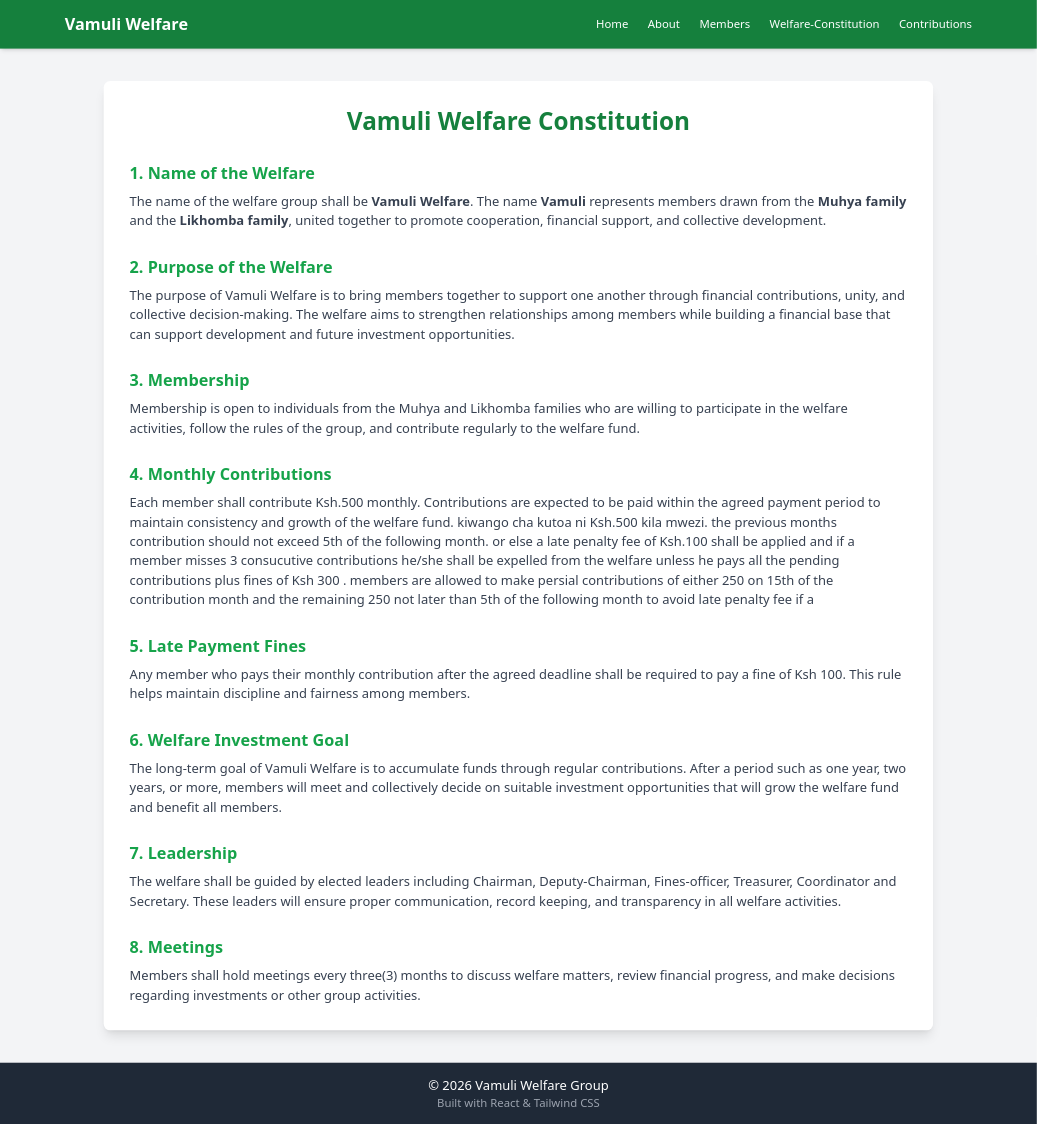
Repository: Engineer-collo/Vamuli-welfare
Page: /constitution
These files come from the project's save history. The page is drawn as it stood at one moment and after a run of saves; the edit follows.
The browser window is 1280 px wide. The pictures show the whole page, at 81% of full size.
The project was rebuilt for these pictures with package versions that can differ from the ones it lists, and the page was loaded fresh each time. Also part of the build but not shown: vite.config.js, src/pages/contributionsData.js, src/pages/Home.jsx, src/pages/Members.jsx, src/pages/ContributionsTable.jsx, src/pages/About.jsx.

Above is the page before, as saved 2026-03-16 15:34:44.

### index.html
<!doctype html>
<html lang="en">
  <head>
    <meta charset="UTF-8" />
    <link rel="icon" type="image/svg+xml" href="/favicon.svg" />
    <meta name="viewport" content="width=device-width, initial-scale=1.0" />
    <title>vamuli-welfare</title>
  </head>
  <body>
    <div id="root"></div>
    <script type="module" src="/src/main.jsx"></script>
  </body>
</html>

### src/App.jsx
import { BrowserRouter as Router, Routes, Route } from "react-router-dom";

import Navbar from "./components/Navbar";
import Footer from "./components/Footer";

import Home from "./pages/Home";
import Members from "./pages/Members";
import ContributionsTable from "./pages/ContributionsTable";
import WelfareConstituion from "./pages/WelfareConstituion";
import About from "./pages/About";

function App() {
  return (
    <Router>
      <div className="bg-gray-100 min-h-screen">

        <Navbar />

        <Routes>
          <Route path="/" element={<Home />} />
          <Route path="/members" element={<Members />} />
          <Route path="/contributions" element={<ContributionsTable />} />
          <Route path="/about" element={<About />} />
          <Route path="/constitution" element={<WelfareConstituion/>} />

        </Routes>

        <Footer />

      </div>
    </Router>
  );
}

export default App;

### src/components/Navbar.jsx
import { Link } from "react-router-dom";

function Navbar() {
  return (
    <nav className="bg-green-700 text-white shadow-md">
      <div className="max-w-6xl mx-auto flex justify-between items-center p-4">

        <h1 className="text-xl font-bold">
          <Link to="/">Vamuli Welfare</Link>
        </h1>

        <ul className="flex gap-6 text-sm">
          <li>
            <Link to="/" className="hover:text-gray-200">Home</Link>
          </li>

          <li>
            <Link to="/about" className="hover:text-gray-200">About</Link>
          </li>

          <li>
            <Link to="/members" className="hover:text-gray-200">Members</Link>
          </li>

          <li>
            <Link to="/constitution" className="hover:text-gray-200">Welfare-Constitution</Link>
          </li>


          <li>
            <Link to="/contributions" className="hover:text-gray-200">Contributions</Link>
          </li>



        </ul>

      </div>
    </nav>
  );
}

export default Navbar;

### src/components/Footer.jsx
import React from "react";

function Footer() {
  return (
    <footer className="bg-gray-800 text-white mt-10">
      <div className="max-w-6xl mx-auto text-center p-4">
        <p>© 2026 Vamuli Welfare Group</p>
        <p className="text-sm text-gray-400">
          Built with React & Tailwind CSS
        </p>
      </div>
    </footer>
  );
}

export default Footer;

### src/pages/WelfareConstituion.jsx
import React from "react";

function Constitution() {
  return (
    <div className="max-w-5xl mx-auto mt-10 bg-white shadow-lg rounded-lg p-8">

      <h1 className="text-3xl font-bold text-center text-green-700 mb-8">
        Vamuli Welfare Constitution
      </h1>

      {/* Introduction */}

      <section className="mb-8">
        <h2 className="text-xl font-semibold text-green-600 mb-2">
          1. Name of the Welfare
        </h2>

        <p className="text-gray-700">
          The name of the welfare group shall be <strong>Vamuli Welfare</strong>.
          The name <strong>Vamuli</strong> represents members drawn from the
          <strong> Muhya family </strong> and the <strong>Likhomba family</strong>,
          united together to promote cooperation, financial support, and
          collective development.
        </p>
      </section>

      {/* Purpose */}

      <section className="mb-8">
        <h2 className="text-xl font-semibold text-green-600 mb-2">
          2. Purpose of the Welfare
        </h2>

        <p className="text-gray-700">
          The purpose of Vamuli Welfare is to bring members together to support
          one another through financial contributions, unity, and collective
          decision-making. The welfare aims to strengthen relationships among
          members while building a financial base that can support development
          and future investment opportunities.
        </p>
      </section>

      {/* Membership */}

      <section className="mb-8">
        <h2 className="text-xl font-semibold text-green-600 mb-2">
          3. Membership
        </h2>

        <p className="text-gray-700">
          Membership is open to individuals from the Muhya and Likhomba
          families who are willing to participate in the welfare activities,
          follow the rules of the group, and contribute regularly to the
          welfare fund.
        </p>
      </section>

      {/* Contributions */}

      <section className="mb-8">
        <h2 className="text-xl font-semibold text-green-600 mb-2">
          4. Monthly Contributions
        </h2>

        <p className="text-gray-700">
          Each member shall contribute Ksh.500 monthly.
          Contributions are expected to be paid within the agreed payment
          period to maintain consistency and growth of the welfare fund.

          kiwango cha kutoa ni Ksh.500 kila mwezi. the previous months contribution should not exceed 5th of the following month. or else a late penalty fee
           of Ksh.100 shall be applied and if a member misses 3 consucutive contributions he/she shall be expelled from the welfare unless he pays all the pending contributions plus fines of Ksh 300 .
           members are allowed to make persial contributions of either 250 on 15th of the contribution month and the remaining 250 not later than 5th of the following month to avoid late penalty fee
           if a
        </p>
      </section>

      {/* Fines */}

      <section className="mb-8">
        <h2 className="text-xl font-semibold text-green-600 mb-2">
          5. Late Payment Fines
        </h2>

        <p className="text-gray-700">
          Any member who pays their monthly contribution after the agreed
          deadline shall be required to pay a fine of Ksh 100. This rule helps
          maintain discipline and fairness among members.
        </p>
      </section>

      {/* Investment */}

      <section className="mb-8">
        <h2 className="text-xl font-semibold text-green-600 mb-2">
          6. Welfare Investment Goal
        </h2>

        <p className="text-gray-700">
          The long-term goal of Vamuli Welfare is to accumulate funds through
          regular contributions. After a period such as one year, two years, or
          more, members will meet and collectively decide on suitable
          investment opportunities that will grow the welfare fund and benefit
          all members.
        </p>
      </section>

      {/* Leadership */}

      <section className="mb-8">
        <h2 className="text-xl font-semibold text-green-600 mb-2">
          7. Leadership
        </h2>

        <p className="text-gray-700">
          The welfare shall be guided by elected leaders including Chairman, Deputy-Chairman, Fines-officer, Treasurer,
          Coordinator and  Secretary. These leaders will ensure proper
          communication, record keeping, and transparency in all welfare
          activities.
        </p>
      </section>

      {/* Meetings */}

      <section>
        <h2 className="text-xl font-semibold text-green-600 mb-2">
          8. Meetings
        </h2>

        <p className="text-gray-700">
          Members shall hold meetings every three(3) months to discuss welfare
          matters, review financial progress, and make decisions regarding
          investments or other group activities.
        </p>
      </section>

    </div>
  );
}

export default Constitution;

### tailwind.config.js
/** @type {import('tailwindcss').Config} */
module.exports = {
  content: [
    "./index.html",
    "./src/**/*.{js,jsx}"
  ],
  theme: {
    extend: {},
  },
  plugins: [],
};

Loaded but not shown: src/main.jsx (common file); src/index.css (common file)

After the next 2 saves:
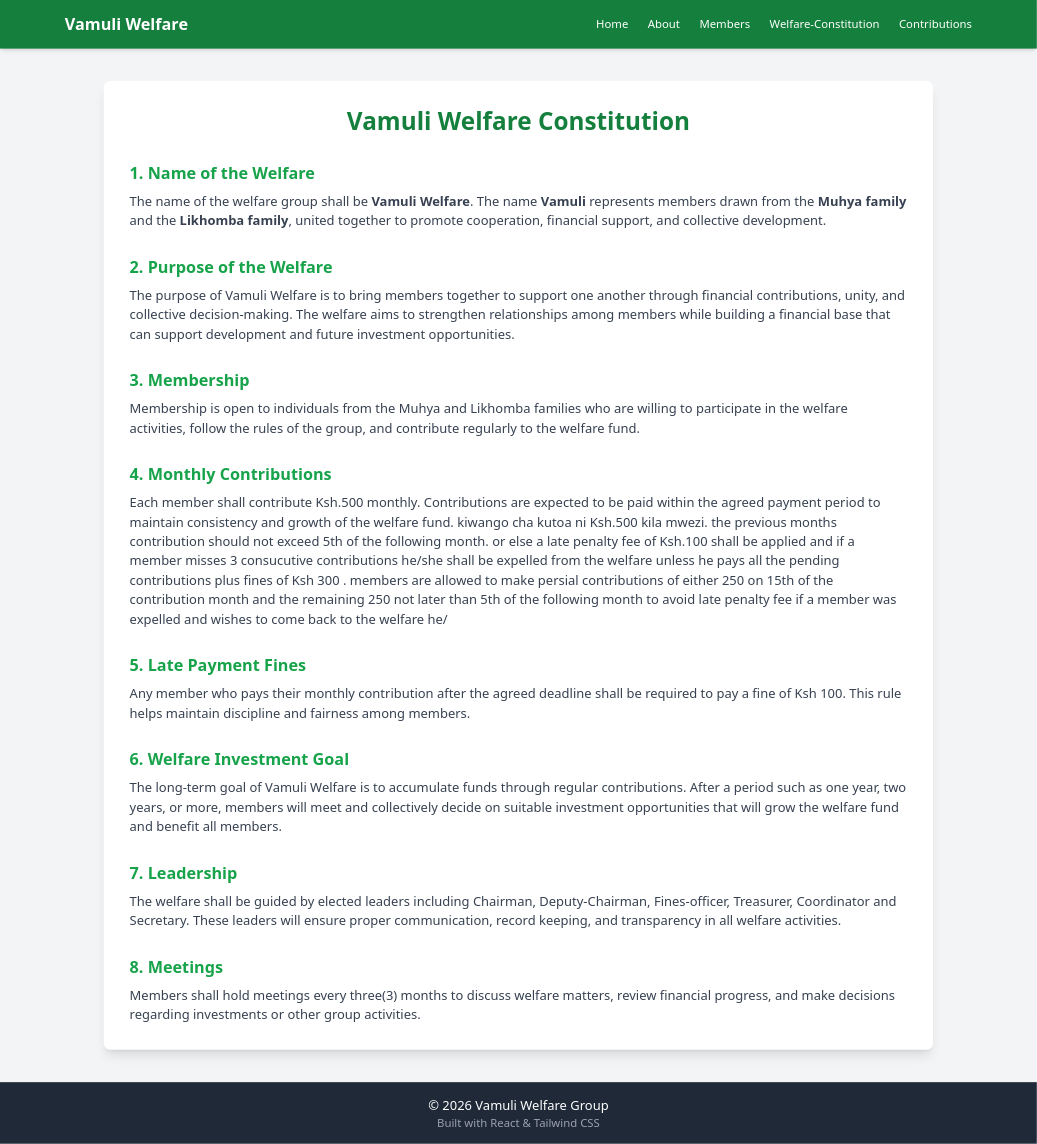
The 2 saves are shown as one change because they came seconds apart.
The last was saved 28 s later.
--- a/src/pages/WelfareConstituion.jsx
+++ b/src/pages/WelfareConstituion.jsx
@@ -70,7 +70,7 @@ function Constitution() {
           kiwango cha kutoa ni Ksh.500 kila mwezi. the previous months contribution should not exceed 5th of the following month. or else a late penalty fee
            of Ksh.100 shall be applied and if a member misses 3 consucutive contributions he/she shall be expelled from the welfare unless he pays all the pending contributions plus fines of Ksh 300 .
            members are allowed to make persial contributions of either 250 on 15th of the contribution month and the remaining 250 not later than 5th of the following month to avoid late penalty fee
-           if a
+           if a member was expelled and wishes to come back to the welfare he/
         </p>
       </section>
 
